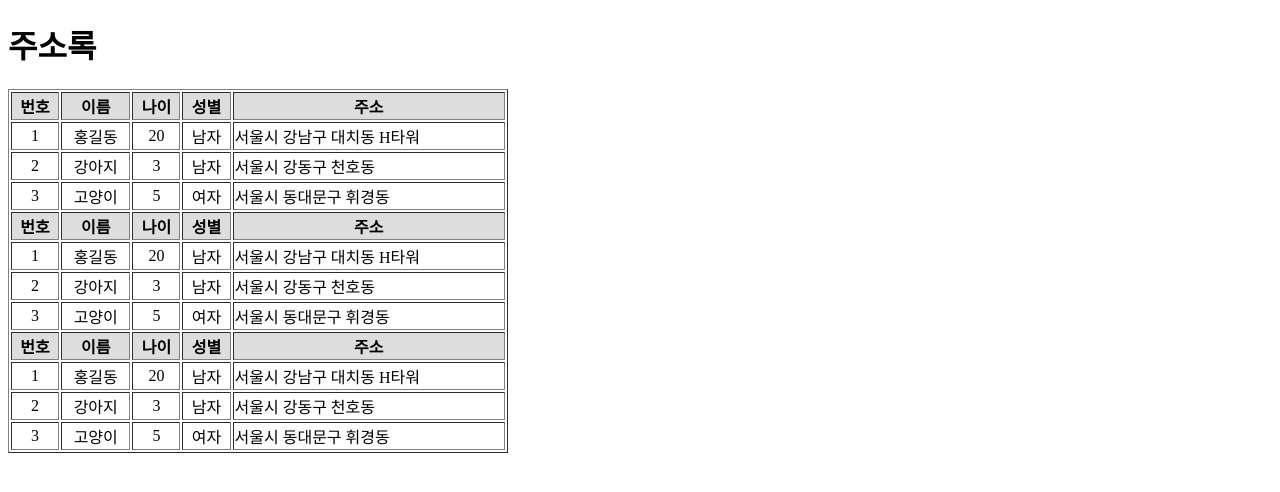
Repository: kmd192kmd/Web
Page: html/HtmlTest/src/main/webapp/ex14_table.html
These files come from the project's save history. The page is drawn as it stood at one moment and after the next save; the edit follows.
The browser window is 1280 px wide. The pictures show the whole page.

Above is the page before, as saved 2026-02-13 05:49:46.

### html/HtmlTest/src/main/webapp/ex14_table.html
<!DOCTYPE html>
<html>
<head>
<meta charset="UTF-8">
<title>Insert title here</title>
</head>
<body>

	<h1>주소록</h1>

	<table border="1" width="500">
		<tr bgcolor="#DDDDDD">
			<td align="center"><b>번호</b></td>
			<td align="center"><b>이름</b></td>
			<td align="center"><b>나이</b></td>
			<td align="center"><b>성별</b></td>
			<td align="center"><b>주소</b></td>
		</tr>
		<tr>
			<td align="center">1</td>
			<td align="center">홍길동</td>
			<td align="center">20</td>
			<td align="center">남자</td>
			<td>서울시 강남구 대치동 H타워</td>
		</tr>
		<tr>
			<td align="center">2</td>
			<td align="center">강아지</td>
			<td align="center">3</td>
			<td align="center"> 남자</td>
			<td>서울시 강동구 천호동</td>
		</tr>
		<tr>
			<td align="center">3</td>
			<td align="center">고양이</td>
			<td align="center">5</td>
			<td align="center">여자</td>
			<td>서울시 동대문구 휘경동</td>
		</tr>

		<tr bgcolor="#DDDDDD">
			<td align="center"><b>번호</b></td>
			<td align="center"><b>이름</b></td>
			<td align="center"><b>나이</b></td>
			<td align="center"><b>성별</b></td>
			<td align="center"><b>주소</b></td>
		</tr>
		<tr>
			<td align="center">1</td>
			<td align="center">홍길동</td>
			<td align="center">20</td>
			<td align="center">남자</td>
			<td>서울시 강남구 대치동 H타워</td>
		</tr>
		<tr>
			<td align="center">2</td>
			<td align="center">강아지</td>
			<td align="center">3</td>
			<td align="center"> 남자</td>
			<td>서울시 강동구 천호동</td>
		</tr>
		<tr>
			<td align="center">3</td>
			<td align="center">고양이</td>
			<td align="center">5</td>
			<td align="center">여자</td>
			<td>서울시 동대문구 휘경동</td>
		</tr>

		<tr bgcolor="#DDDDDD">
			<td align="center"><b>번호</b></td>
			<td align="center"><b>이름</b></td>
			<td align="center"><b>나이</b></td>
			<td align="center"><b>성별</b></td>
			<td align="center"><b>주소</b></td>
		</tr>
		<tr>
			<td align="center">1</td>
			<td align="center">홍길동</td>
			<td align="center">20</td>
			<td align="center">남자</td>
			<td>서울시 강남구 대치동 H타워</td>
		</tr>
		<tr>
			<td align="center">2</td>
			<td align="center">강아지</td>
			<td align="center">3</td>
			<td align="center"> 남자</td>
			<td>서울시 강동구 천호동</td>
		</tr>
		<tr>
			<td align="center">3</td>
			<td align="center">고양이</td>
			<td align="center">5</td>
			<td align="center">여자</td>
			<td>서울시 동대문구 휘경동</td>
		</tr>


</body>
</html>

After the next save:
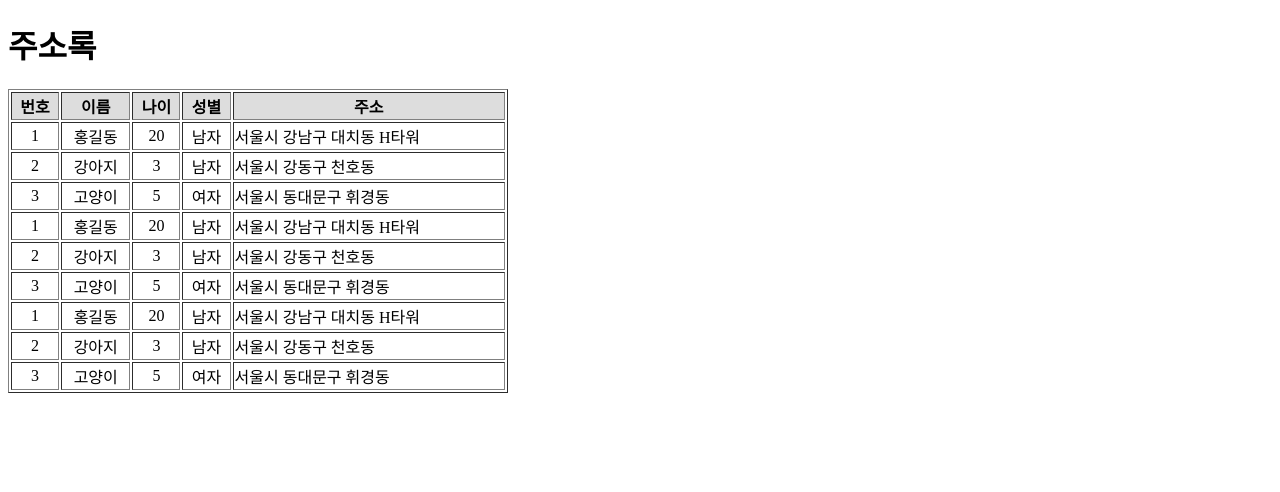
Saved 20 s later.
--- a/html/HtmlTest/src/main/webapp/ex14_table.html
+++ b/html/HtmlTest/src/main/webapp/ex14_table.html
@@ -38,13 +38,6 @@
 			<td>서울시 동대문구 휘경동</td>
 		</tr>
 
-		<tr bgcolor="#DDDDDD">
-			<td align="center"><b>번호</b></td>
-			<td align="center"><b>이름</b></td>
-			<td align="center"><b>나이</b></td>
-			<td align="center"><b>성별</b></td>
-			<td align="center"><b>주소</b></td>
-		</tr>
 		<tr>
 			<td align="center">1</td>
 			<td align="center">홍길동</td>
@@ -67,13 +60,6 @@
 			<td>서울시 동대문구 휘경동</td>
 		</tr>
 
-		<tr bgcolor="#DDDDDD">
-			<td align="center"><b>번호</b></td>
-			<td align="center"><b>이름</b></td>
-			<td align="center"><b>나이</b></td>
-			<td align="center"><b>성별</b></td>
-			<td align="center"><b>주소</b></td>
-		</tr>
 		<tr>
 			<td align="center">1</td>
 			<td align="center">홍길동</td>
